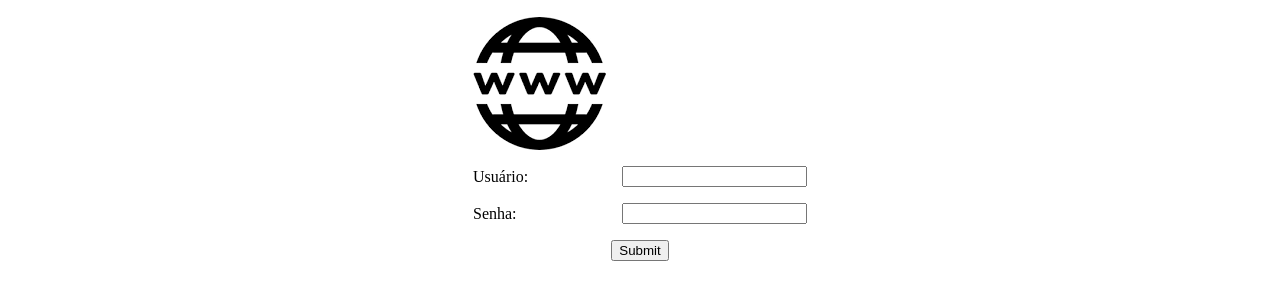
Repository: leonerdy-666/Estudos
Page: http://localhost/JavaWeb/Site.jsp
These files come from the project's save history. The page is drawn as it stood at one moment and after the next save; the edit follows.
The browser window is 1280 px wide. The pictures show the whole page.
The page is served by Tomcat 9.

Above is the page before, as saved 2023-04-10 23:19:38.

### Udemy/Projeto/JavaWeb/src/main/webapp/Site.jsp
<%@ page language="java" contentType="text/html; charset=ISO-8859-1"
	pageEncoding="ISO-8859-1"%>
<!DOCTYPE html PUBLIC "-//W3C//DTD HTML 4.01 Transitional//EN" "http://www.w3.org/TR/html4/loose.dtd">
<html>
<head>
<meta http-equiv="Content-Type" content="text/html; charset=ISO-8859-1">
<title>Site</title>
</head>
<body>
	<form action="">
		<table cellpadding="7" align="center">

			<tr>
				<td><img src="imagens/logo.png"></td>
			</tr>

			<tr>
				<td>Usuário:</td>
				<td><input type="text" name="txtUsuario" /></td>
			</tr>
			<tr>
				<td>Senha:</td>
				<td><input type="text" name="txtSenha" /></td>
			</tr>
			<tr>
				<td colspan="2" align="center"><input type="submit"></td>
			</tr>
		</table>
	</form>
</body>
</html>

After the next save:
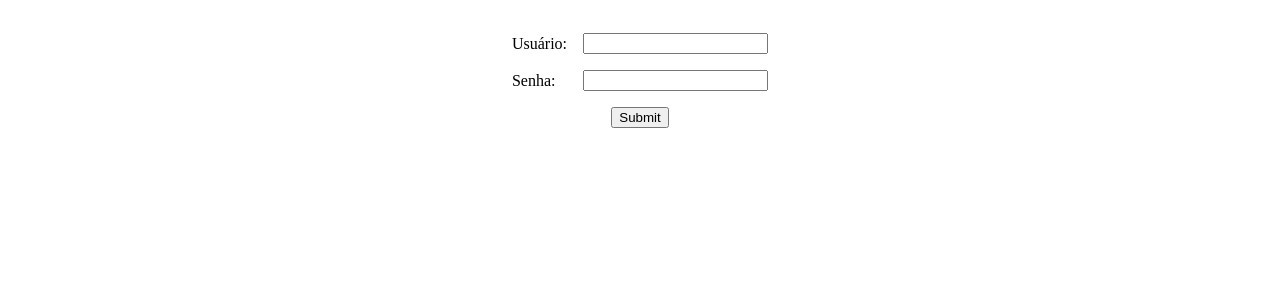
Saved 28 s later.
--- a/Udemy/Projeto/JavaWeb/src/main/webapp/Site.jsp
+++ b/Udemy/Projeto/JavaWeb/src/main/webapp/Site.jsp
@@ -11,7 +11,7 @@
 		<table cellpadding="7" align="center">
 
 			<tr>
-				<td><img src="imagens/logo.png"></td>
+				<td align="center><img src="imagens/logo.png"></td>
 			</tr>
 
 			<tr>

After the save that followed:
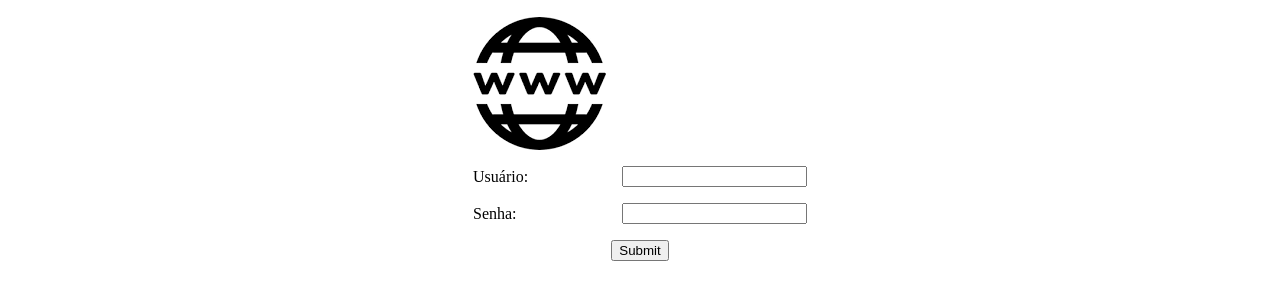
Saved 9 s later.
--- a/Udemy/Projeto/JavaWeb/src/main/webapp/Site.jsp
+++ b/Udemy/Projeto/JavaWeb/src/main/webapp/Site.jsp
@@ -11,7 +11,7 @@
 		<table cellpadding="7" align="center">
 
 			<tr>
-				<td align="center><img src="imagens/logo.png"></td>
+				<td><img src="imagens/logo.png"></td>
 			</tr>
 
 			<tr>
